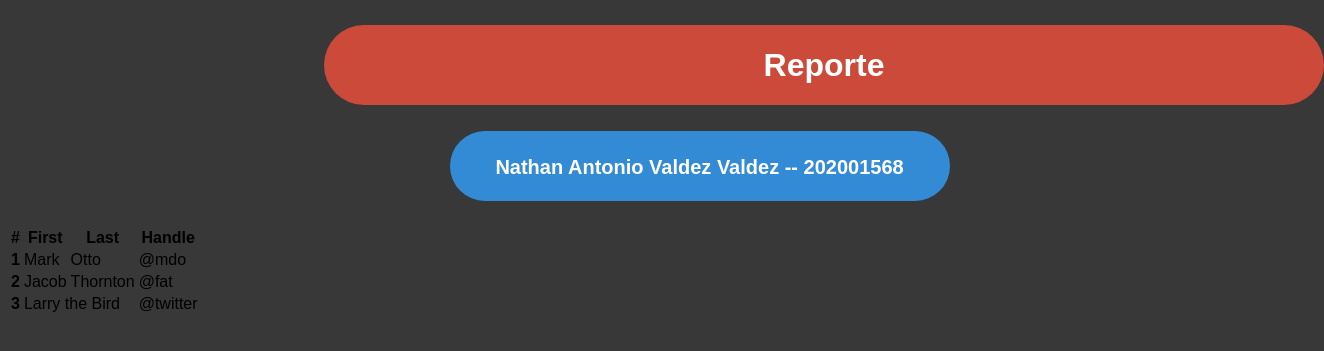
Repository: nathanvdev/LFP_PR_202001568
Page: plantilla.html
The author's editor kept a copy of each file at every save. The page is drawn from the files as they stood at one save, then again after the next save.
The browser window is 1280 px wide. The page is 1324 px wide, so the pictures cover 1324 px, including what lies to the right of the window. The pictures show the whole page.

Above is the page before, as saved 2022-02-19 18:57:15.

### plantilla.html

<!DOCTYPE html>
<html lang="en">
<head>
    <meta charset="UTF-8">
    <meta http-equiv="X-UA-Compatible" content="IE=edge">
    <meta name="viewport" content="width=device-width, initial-scale=1.0">
    <title>Document</title>
</head>
<style>
    body{
        font-family: sans-serif;
    }
    .titlebox{
        background-color: rgb(204, 74, 57);
        height: 80px;
        width: 1000px;
        margin: 2%;
        margin-left: 25%;
        border-radius: 45px;


        display: flex;
        justify-content: center;
    }
    .PersonalInfo{
        background-color: rgb(50, 139, 212);
        height: 70px;
        width: 500px;
        margin: 2%;
        margin-top: 0px;
        margin-left: 35%;
        border-radius: 45px;

    }
    .tabla{

    }
</style>
<body style="background-color: rgb(56, 56, 56);">
    <div class="titlebox">
        <h1 style="color: white;">Reporte</h1>
    </div>
    <div class="PersonalInfo">
        <h3 style="color: white;
        margin: 5%; float: left; font-size: 20px; padding-left: 20px;">
            Nathan Antonio Valdez Valdez  --  202001568
        </h3>
    </div>
    <div class="tabla">
<table class="table">
  <thead>
    <tr>
      <th scope="col">#</th>
      <th scope="col">First</th>
      <th scope="col">Last</th>
      <th scope="col">Handle</th>
    </tr>
  </thead>
  <tbody>
    <tr>
      <th scope="row">1</th>
      <td>Mark</td>
      <td>Otto</td>
      <td>@mdo</td>
    </tr>
    <tr>
      <th scope="row">2</th>
      <td>Jacob</td>
      <td>Thornton</td>
      <td>@fat</td>
    </tr>
    <tr>
      <th scope="row">3</th>
      <td colspan="2">Larry the Bird</td>
      <td>@twitter</td>
    </tr>
  </tbody>
</table>
    </div>
</body>
</html>

After the next save:
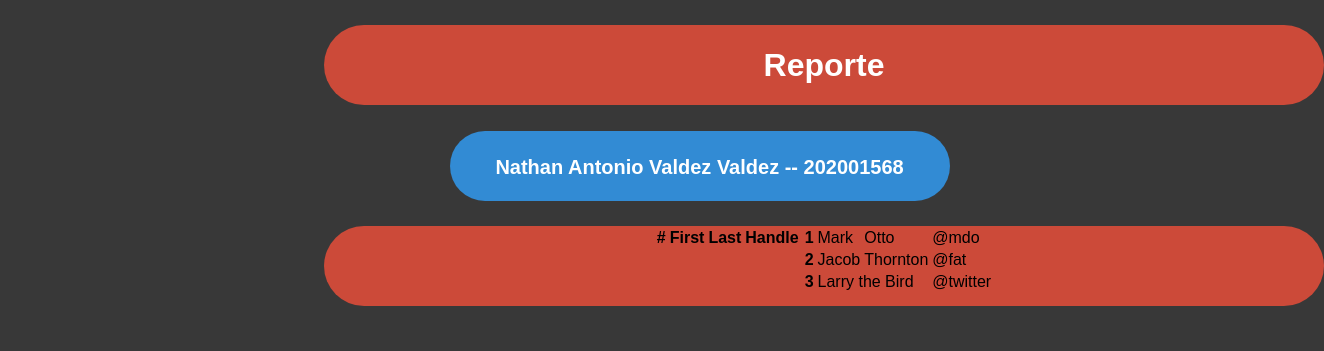
Saved 23 s later.
--- a/plantilla.html
+++ b/plantilla.html
@@ -48,7 +48,7 @@
         </h3>
     </div>
     <div class="tabla">
-<table class="table">
+<table class="titlebox">
   <thead>
     <tr>
       <th scope="col">#</th>
